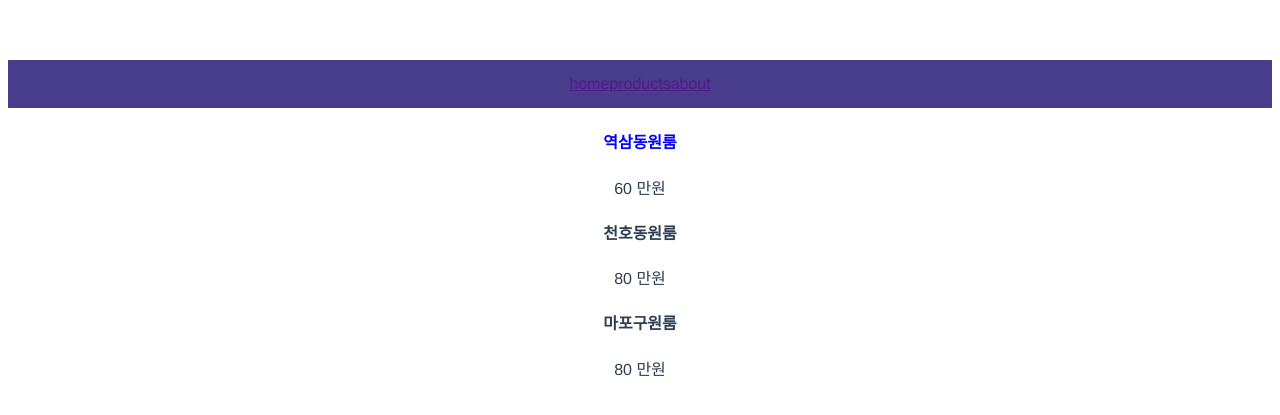
Repository: jy0813/Function
Page: / (app in function/)
An editor plug-in stored every save of this project. The page is shown before and after the next save, followed by the edit.
The browser window is 1280 px wide. The pictures show the whole page.
The project was rebuilt for these pictures with package versions that can differ from the ones it lists, and the page was loaded fresh each time.

Above is the page before, as saved 2022-02-07 15:02:20.

After the next save:
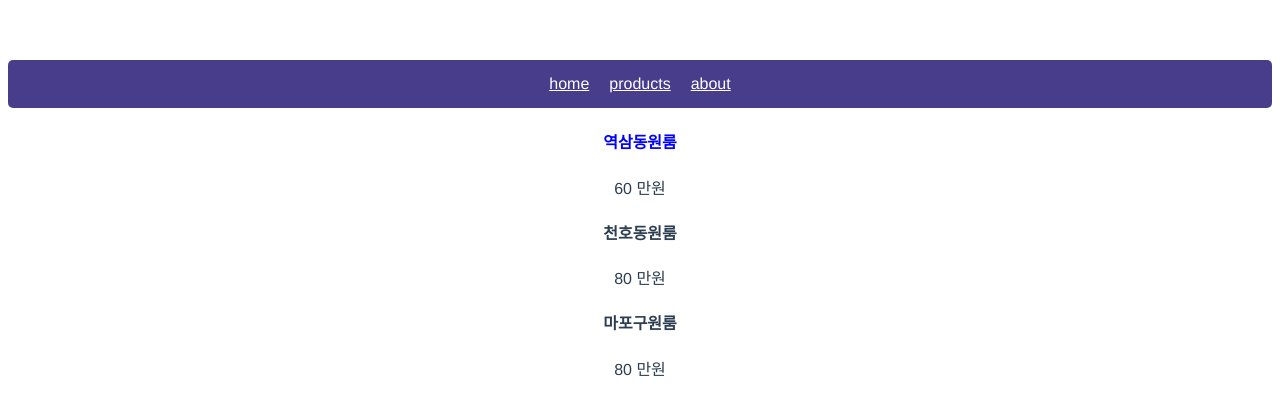
Saved 15 days later.
--- a/function/src/App.vue
+++ b/function/src/App.vue
@@ -48,5 +48,13 @@ export default {
 .menu {
   background: darkslateblue;
   padding: 15px;
+  border-radius: 5px;
 }
+
+.menu a {
+  color:white;
+  padding:10px;
+}
+
+
 </style>
